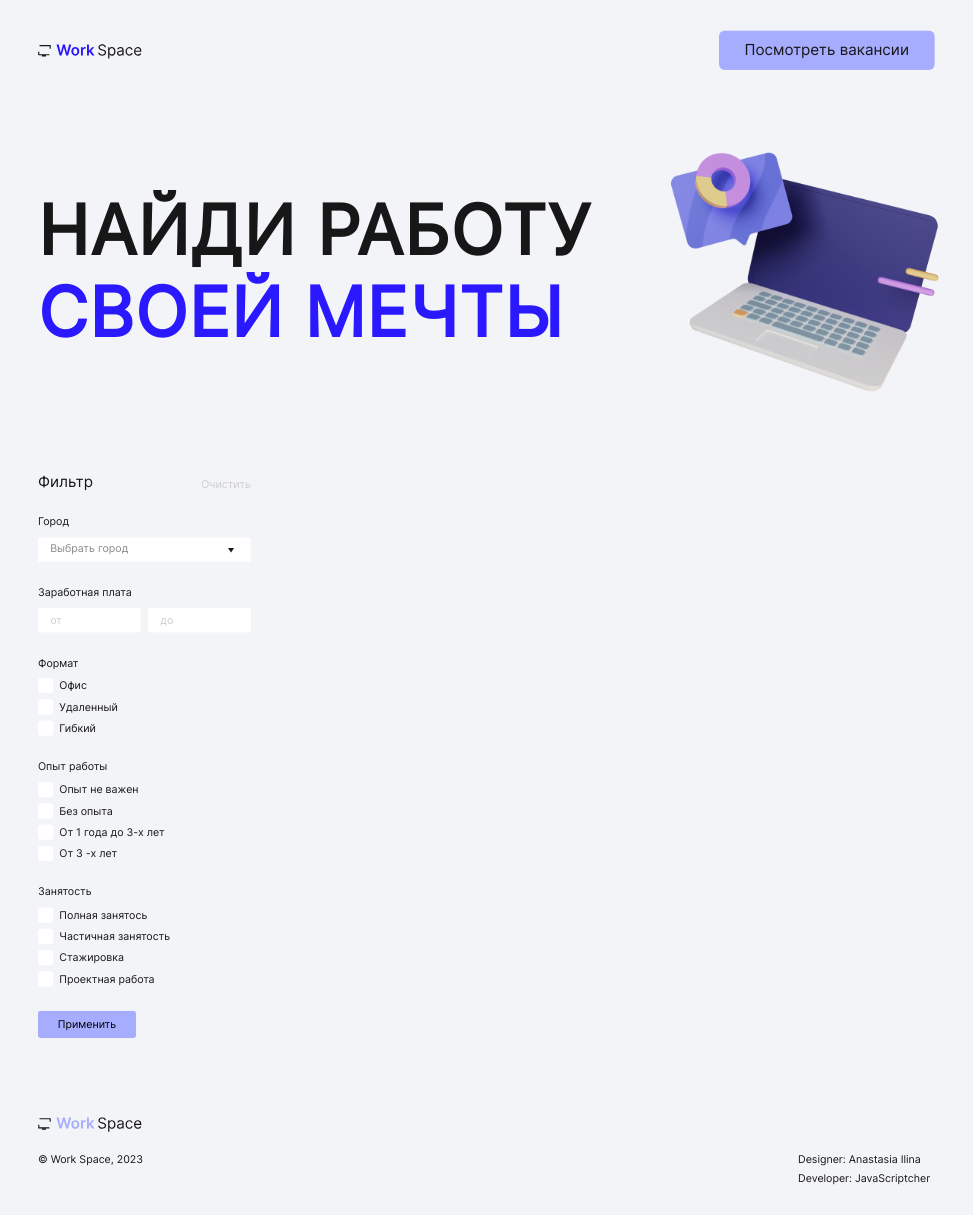
Repository: alexboagreek/workspace_js
Page: index.html
These files come from the project's save history. The page is drawn as it stood at one moment and after the next save; the edit follows.
The browser window is 1280 px wide. The pictures show the whole page, at 76% of full size.
The page's requests for data from a server got no answer.

Above is the page before, as saved 2023-09-12 13:00:53.

After the next save:
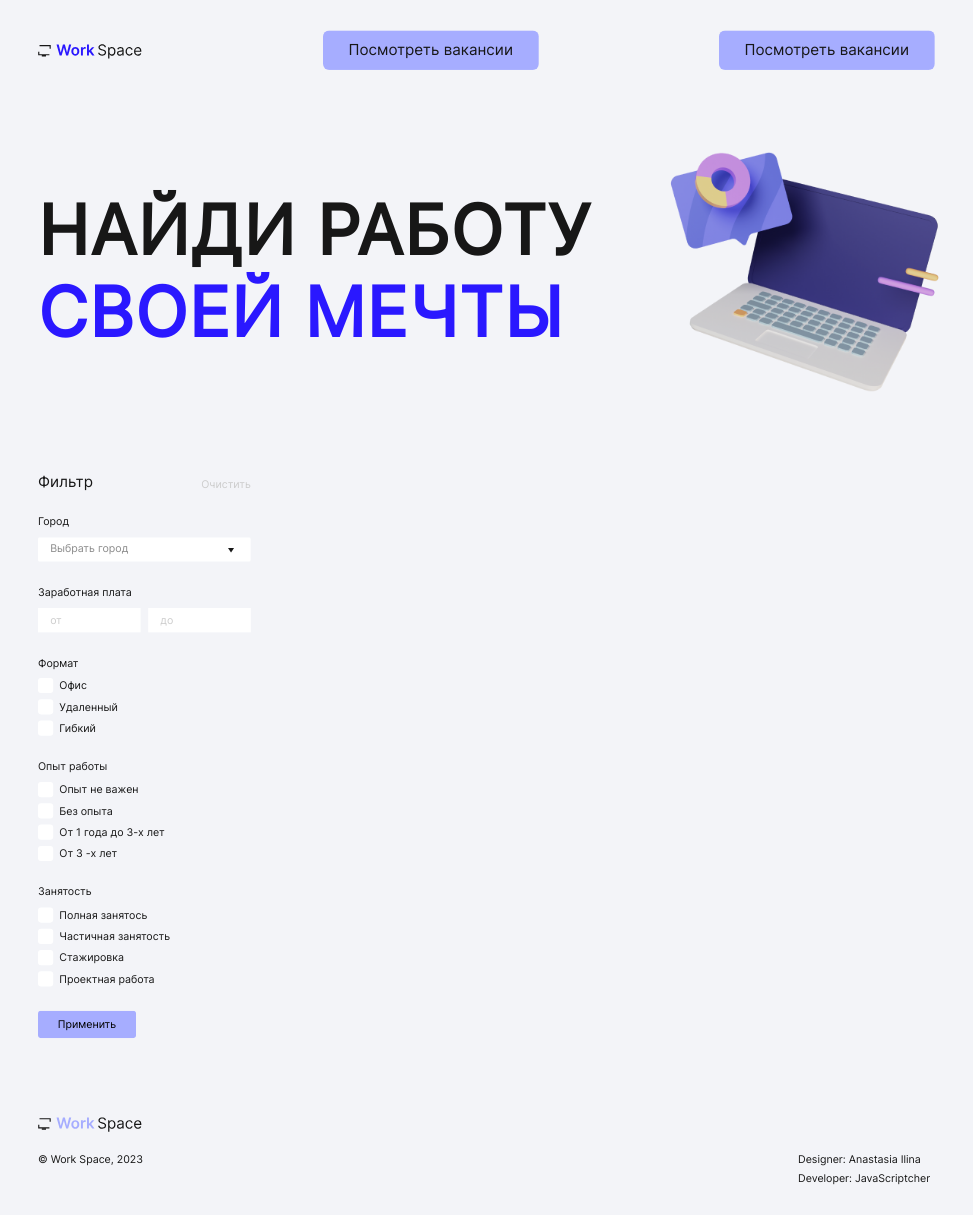
Saved 18 h 36 min later.
--- a/index.html
+++ b/index.html
@@ -17,6 +17,7 @@
     <div class="container header__container">
       <img class="header__logo" src="img/logo.svg" alt="Логитип WorkSpace">
 
+      <a class="header__link" href="#vacancies">Посмотреть вакансии</a>
       <a class="header__link" href="#vacancies">Посмотреть вакансии</a>
     </div>
   </header>
